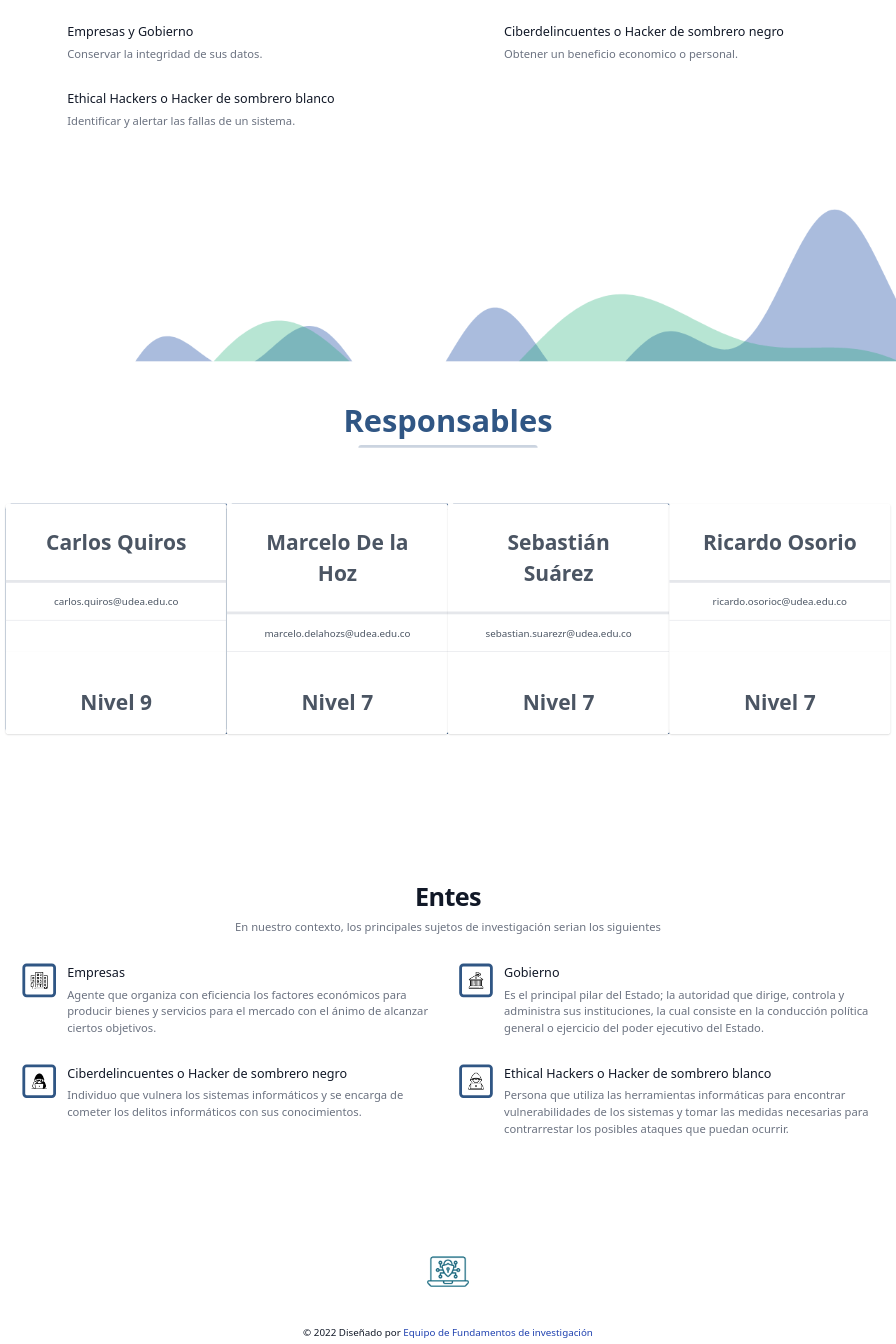
Repository: cardacar/fdi-2022
Page: /
The author's editor kept a copy of each file at every save. The page is drawn from the files as they stood at one save, then again after the next save.
The browser window is 1280 px wide. The pictures show the part of the page from y = 3611 to 5531 px (the page is 5570 px tall), at 70% of full size.
The project was rebuilt for these pictures with package versions that can differ from the ones it lists, and the page was loaded fresh each time. The framework's server and built-in components were replaced by stand-ins that run in the browser. Also part of the build but not shown: next.config.js.

Above is the page before, as saved 2022-08-07 16:23:00.

After the next save:
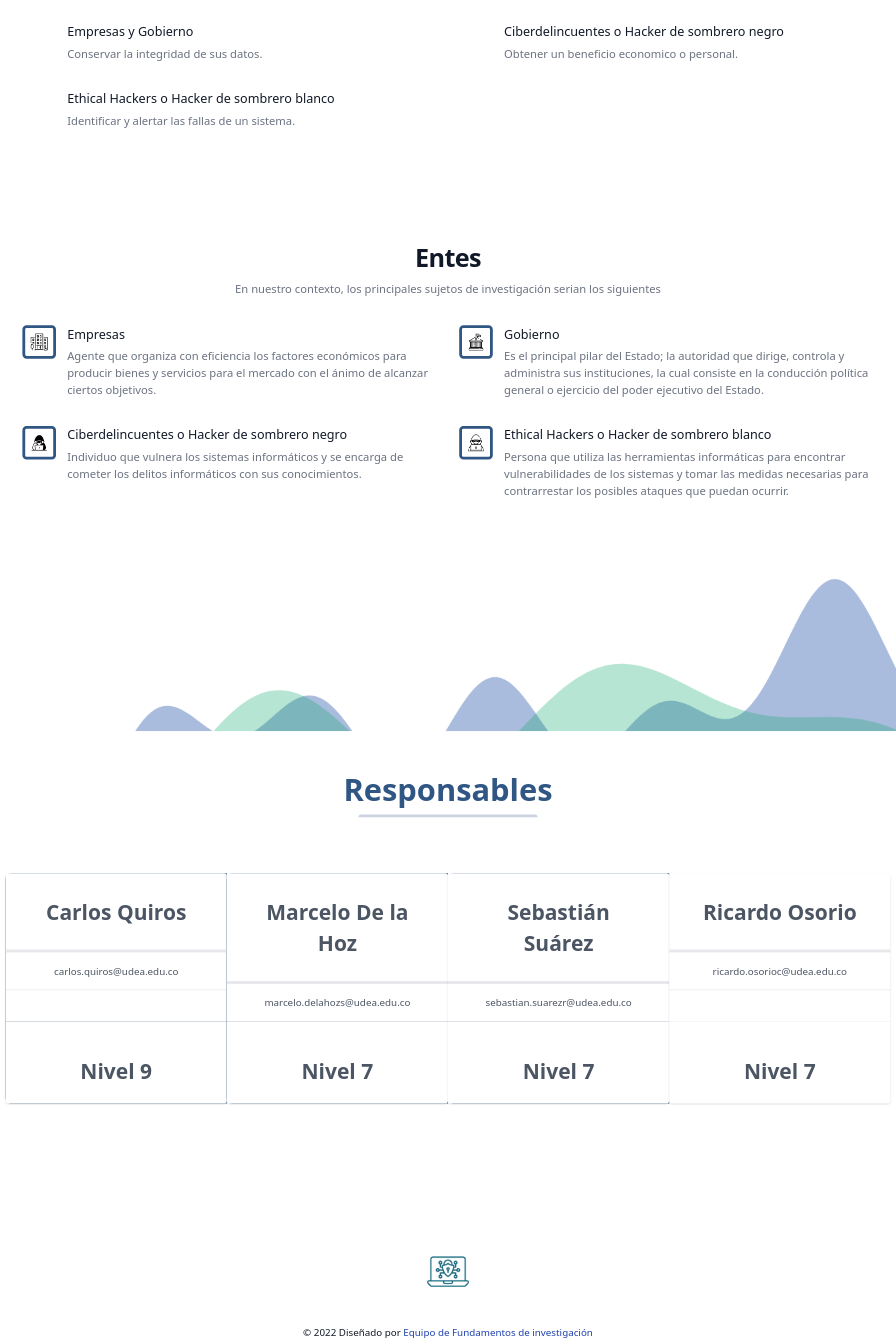
Saved 15 s later.
--- a/src/pages/index.tsx
+++ b/src/pages/index.tsx
@@ -1,16 +1,16 @@
-import React from 'react';
+import React from "react";
 
-import About from '../components/About';
-import Canvas from '../components/Canvas';
-import Features from '../components/Features';
-import Header from '../components/Header';
-import LazyShow from '../components/LazyShow';
-import MainHero from '../components/MainHero';
-import MainHeroImage from '../components/MainHeroImage';
-import Pricing from '../components/Pricing';
-import Product from '../components/Product';
-import Necesidad from '../components/Necesidad';
-import Problema from '../components/Problema';
+import About from "../components/About";
+import Canvas from "../components/Canvas";
+import Features from "../components/Features";
+import Header from "../components/Header";
+import LazyShow from "../components/LazyShow";
+import MainHero from "../components/MainHero";
+import MainHeroImage from "../components/MainHeroImage";
+import Pricing from "../components/Pricing";
+import Product from "../components/Product";
+import Necesidad from "../components/Necesidad";
+import Problema from "../components/Problema";
 
 const App = () => {
   return (
@@ -36,30 +36,25 @@ const App = () => {
       <LazyShow>
         <>
           <Features />
-
         </>
       </LazyShow>
       <LazyShow>
         <>
           <Necesidad />
-
         </>
       </LazyShow>
 
       <LazyShow>
         <>
-          <Canvas />
-
-        <Pricing />
+          <Problema />
         </>
-
       </LazyShow>
       <LazyShow>
         <>
+          <Canvas />
 
-        <Problema />
+          <Pricing />
         </>
-
       </LazyShow>
       <LazyShow>
         <>
